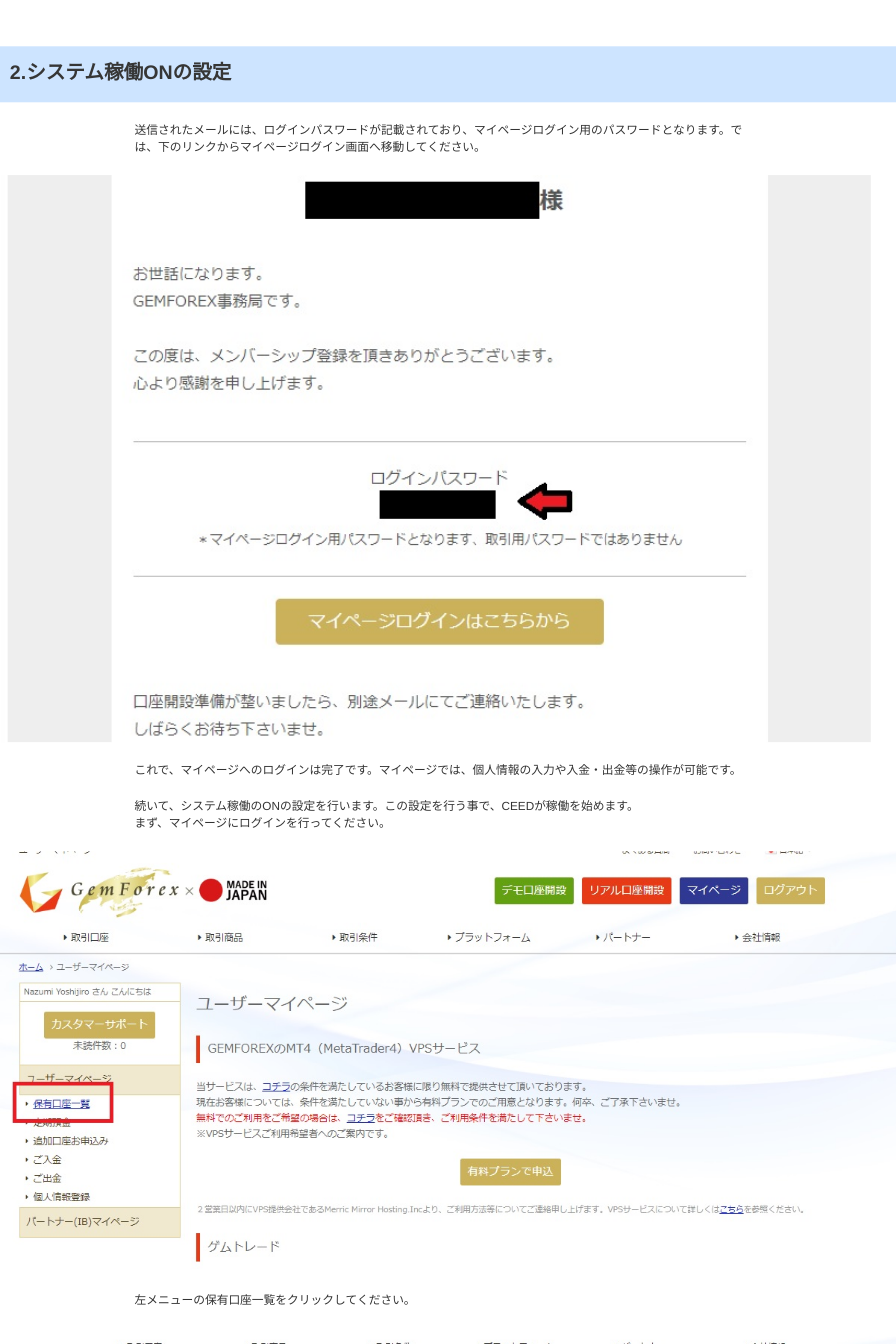
Repository: kkttuu1013/ProjectCeed
Page: http://localhost/start
The author's editor kept a record of every edit. The page is drawn from the files as they stood at one moment, then again after the next edit.
The browser window is 1280 px wide. The pictures show the part of the page from y = 2663 to 4583 px (the page is 11511 px tall before and 11681 px after), at 70% of full size.
Some web libraries are served in a nearby version. The page is served by the project's Node server (server.js).

Above is the page before.
Console error: ReferenceError: jQuery is not defined

### views/start.ejs
<!DOCTYPE html>
<html lang="en">
<head>
    <meta charset="UTF-8">
    <meta name="viewport" content="width=device-width, initial-scale=1">
    <title>Hello Bulma!</title>
    <link href="../main.css" rel="stylesheet" type="text/css"/>
    <link rel="stylesheet" href="../bulma/bulma.css">
    <script defer src="https://use.fontawesome.com/releases/v5.0.7/js/all.js"></script>
    <meta http-equiv="X-UA-Compatible" content="ie=edge">
    <link rel="stylesheet" href="https://maxcdn.bootstrapcdn.com/bootstrap/3.3.6/css/bootstrap.min.css" />
    <title>Document</title>
    <script src="../main.js"></script>
</head>
<body>
    <img src="/image/2.jpg" class="sidepd4">
    <hr class="hr1">
    <div class="wrapper">
        <p class="txt">このページでは、EA「CEED」の導入と運用方法を解説致します。上から順にマニュアルに沿って進めてください。<br>
        <br><strong>※ 入金や出金に関してお困りの際はこちらまでお問い合わせください。</strong></p>

         <a id="link" href="https://line.me/R/ti/p/%40jov0846c"><strong>CEED サポートLINE@はこちら</strong></a>


    </div>
    <div class="wrapper2" >
     <p class="txt1">
    <strong>1.FX証券会社の口座開設</strong><br>
    </p>
    </div>
<!-- /.wrapper -->
<div class="wrapper4">
    <p class="txt">このページでは、EA「CEED」の導入と運用方法を解説致します。上から順にマニュアルに沿って進めてください。
    <br>
    <br>
    下のリンクからGemforex証券の口座開設ページに進んでください。
<strong class="purple"><br>（※下のアクセスリンクはCEED運用専用となりますので、必ず下のリンクからアクセスをお願い致します)</strong>
    </p>
    <a href='https://gforex.asia/vip/77486/'>
    <button type="button" class="btn btn-lg btn-primary mgtop">CEED専用口座開設</button>
    </a>
    </div>
    <div class="wrapper4">
    <p class="txt">
        上の「口座開設ボタン」を押すと、証券会社のHPに移動しますので、画面の案内に従って、
        必要項目を記入してください。
    </p>
    </div>

    <div class="wrapper4">
    <p class="txt">
        <strong>口座タイプ</strong>：日本円口座（オールインワン）<br>
        <br>
        <strong>登録種別</strong>：個人口座<br>
        <br>
        <strong>お名前</strong>：ご自身の名前を記入<br>
        <br>
        <strong>メールアドレス</strong>：フリーメールアドレスで問題ありません。（※すでにGemforexの口座をお持ちの方は、違うメールアドレスにて登録してください）
    </p>
    </div>
    <div class="wrapper5">
    <img class="responsiveImg" src="/images/2.jpg">
    </div>
    <div class="wrapper4">
    <p class="txt">
    必要項目を記入後、下の「私はロボットではありません」にチェックを付けて、送信をしてください。
    </p>
    </div>
    <div class="wrapper5">
    <img class="responsiveImg" src="/images/3.jpg">
    </div>
    <div class="wrapper4">
    <p class="txt">
    先ほど登録したメールアドレス宛に、「登録完了通知」メールが送信されますので、ご確認ください。これで口座開設は終了です。
    </p>
    </div>
    <div class="wrapper2" >
     <p class="txt1">
    <strong>2.システム稼働ONの設定</strong><br>
    </p>
    </div>

      <div class="wrapper4">
    <p class="txt">
    送信されたメールには、ログインパスワードが記載されており、マイページログイン用のパスワードとなります。では、下のリンクからマイページログイン画面へ移動してください。
    </p>
    </div>
    <div class="wrapper5">
    <img class="responsiveImg" src="/images/4.jpg">
    </div>
    <div class="wrapper4">
    <p class="txt">
    これで、マイページへのログインは完了です。マイページでは、個人情報の入力や入金・出金等の操作が可能です。
    </p>
    </div>
    <div class="wrapper4">
    <p class="txt">
    続いて、システム稼働のONの設定を行います。この設定を行う事で、CEEDが稼働を始めます。<br>
    まず、マイページにログインを行ってください。
    </p>
    </div>
    <div class="wrapper5">
    <img class="responsiveImg" src="/images/保有口座一覧.jpg">
    </div>
    <div class="wrapper4">
    <p class="txt">
    左メニューの保有口座一覧をクリックしてください。
    </p>
    </div>
    <div class="wrapper5">
    <img class="responsiveImg" src="/images/MAM申請1.jpg">
    </div>
    <div class="wrapper4">
    <p class="txt">
    さっき、開設した口座情報が掲示されます。（５から始まる口座番号です）下の「MAM口座申請」を押してください。
    </p>
    </div>
    <div class="wrapper5">
    <img class="responsiveImg" src="/images/MAM申請2.jpg">
    <img class="responsiveImg" src="/images/MAM申請3.jpg">
    </div>
     <div class="wrapper4">
    <p class="txt">
    OKを押してください。口座開設に登録したメールアドレスに「確認メール」が届きますので、確認してください。
    </p>
    </div>
    <div class="wrapper5">
    <img class="responsiveImg" src="/images/MAM申請4.jpg">
    </div>
     <div class="wrapper4">
    <p class="txt">
    確認メールに記載されているURLをクリックして有効化をお願いします。
    </p>
    </div>
    <div class="wrapper5">
    <img class="responsiveImg" src="/images/MAM申請5.jpg">
    <img class="responsiveImg" src="/images/MAM申請6.jpg">
    <img class="responsiveImg" src="/images/MAM申請7.jpg">
    </div>
    <div class="wrapper4">
    <p class="txt">
    最後にMAM利用に関して同意の上、設定を完了します。
    </p>
    </div>
    <div class="wrapper5">
    <img class="responsiveImg" src="/images/MAM申請8.jpg">
    </div>
    <div class="wrapper4">
    <p class="txt">
    保有口座一覧の画面に移動しますので、OFF→ONに設定してください。
    </p>
    </div>
    <div class="wrapper5">
    <img class="responsiveImg" src="/images/MAM申請9.jpg">
    </div>
    <div class="wrapper4">
    <p class="txt">
    設定変更をしてもよろしいですかとでますので、OKを押してください。<br><br>
    <strong class="skyblue">これでシステムON設定が完了しました。あとは入金すると、自動で運用が開始します。</strong>
    </p>
    </div>




    <footer id="myFooter">
        <div id="mycontainer" class="container blackDiv">
            <div class="row blackDiv">
                <div id="image_wrapper" class="col-sm-12 col-md-2 blackDiv">
                    <h2 class="logo"><a href="#"><img id="ifcLogo" src="/image/IFC rogo.png"></a></h2>
                </div>
                <div class="col-sm-12 col-md-2 blackDiv footerList" >
                    <h5>製品情報</h5>
                    <ul>
                        <li><a href="https://www.ifc752.com/gallery">有料EA AUZIE</a></li>
                        <li><a href="https://www.ifc752.com/bee">有料EA BEE</a></li>
                        <li><a href="https://www.ifc752.com/blank-2">IFC SYSTEM1</a></li>
                        <li><a href="https://www.ifc752.com/ifcsystem1">IFC SYSTEM2</a></li>
                        <li><a href="https://www.ifc752.com/ifcsystem2">IFC SYSTEM3</a></li>
                        <li><a href="https://www.ifc752.com/ifcsystem4-3">IFC SYSTEM4</a></li>
                    </ul>
                </div>
                <div class="col-sm-12 col-md-2 blackDiv footerList">
                    <h5>サポート</h5>
                    <ul>
                        <li><a href="https://line.me/R/ti/p/%40vbu5369m">IFC EA LINE@</a></li>
                    </ul>
                </div>
                <div class="col-sm-12 col-md-2 blackDiv footerList">
                    <h5>場所</h5>
                    <ul>
                        <li>JAPAN</li>

                    </ul>
                </div>
                <div class="col-sm-12 col-md-2 blackDiv footerList">
                    <h5>企業情報</h5>
                    <ul>
                        <li><a href="https://www.sinseeddeviation.com/">会社概要</a></li>
                        <li><a href="/privacypolicy">プライバシーポリシー</a></li>
                    </ul>
                </div>
                <div id="button_wrapper" class="col-sm-12 col-md-2 blackDiv">
                    <button onclick="location.href='/'" type="button" class="btn btn-default">TOPに戻る</button>
                </div>
            </div>
        </div>
        <div class="footer-copyright">
            <p>© 2019 Copyright IFC GROUP </p>
        </div>
    </footer>


    <script src="https://code.jquery.com/jquery-3.4.1.js"
            integrity="sha256-WpOohJOqMqqyKL9FccASB9O0KwACQJpFTUBLTYOVvVU="
            crossorigin="anonymous"></script>
    <script src="https://ajax.googleapis.com/ajax/libs/jquery/1.12.4/jquery.min.js"></script>
    <script src="https://maxcdn.bootstrapcdn.com/bootstrap/3.3.7/js/bootstrap.min.js"></script>
<script src="main.js"></script>
</body>

</html>

### server.js
const express = require('express');
const app = express();
const cool = require('cool-ascii-faces')
const PORT = process.env.PORT || 3000;

app.set('views', './views');
app.set("view engine", "ejs");
app.use( express.static( __dirname ) );

app.get('/',function(req, res){
    res.render("index");
});

app.get('/whatisea/', function(req, res){
    res.render("whatisea")
})

app.get('/free/', function(req, res){
    res.render("free")
})

app.get('/cool', (req, res)=> res.send(cool()));

app.get('/privacypolicy', function(req, res){
    res.render("privacypolicy")
})

app.get('/stream', function(req, res){
    res.render("stream");
})

app.get('/start', function(req, res){
    res.render("start");
})

app.get('/start/2', function(req,res){
    res.render("money");
})

app.get('/start/3', function(req,res){
    res.render("mt4");
})

app.get('/start/4', function(req,res){
    res.render("back");
})

app.use(function(err, req, res, next){
	res.status(500);
	res.end('my 500 error! : ' + err);
});

app.listen(PORT);

### main.css
body{
    color: black;
    padding: 0;
    margin: 0;
}

.top-padding{
    padding: 5% 15% 5% 15%;
}

.responsiveImg{
    width: 100%;
}

.whitediv{
    background-color: white !important;
}



.right-half {
    position: absolute;
    right: 0px;
    width: 50%;
    height: 40%;
}

.margin-zero{
    margin: 0;
    padding: 0;
}
.img-whitebar{
    margin: 0px;
}
#leftHalf {
    width: 50%;
    position: absolute;
    left: 0px;
    height: 100%;
}

.mgpdzero{
    margin-bottom: 0px;
    padding: 0;
}

#topPos{
    width: 100%;
}

.sidepd{
    padding: 0px  10% 6% 10%;
}

.sidepd2{
    padding: 0% 10% 0% 10%;
}

.sidepd3{
    margin-left: auto;
    margin-right: auto;
    width: 100%;
}

.sidepd4{
    padding: 0% 10% 0% 10%;
}



.addtoppd{
    padding-top: 5%;
}


.navbar
{
    border: 0 !important;
}

.containBtn{
    position: relative;
    text-align: center;
    z-index: 0;
}

#container {
    position:relative;
    display: block;
}

.column{
    padding: 0;
    margin: 0;
}

.skyblue{
    color: #3D9BE9;
}

.wrapper {
    max-width: 70%;
    margin: 0 auto;
    text-align: center;
    background: white;
  }
.wrapper2{
    padding: 1.3em 1em;
    margin: auto;
    margin-top: 5%;
    color: #2c2c2f;
    background: #cde4ff;/*背景色*/
    width: 100%;
    height: 80px;
    text-align: left;
}

.wrapper4 {
    max-width: 70%;
    margin: 0 auto;
    margin-top: 2em;
    text-align: center;
    background: white;
  }

 .wrapper5 {
    margin: 0 auto;
    margin-top: 2em;
    text-align: center;
    background: white;
  }

.next {
  background-color: #4CAF50;
  color: white;
  text-align: center;
  text-decoration: none;
  display: inline-block;
  padding: 8px 16px;
}

.round {
  border-radius: 50%;
}

.mgtop{
    margin-top: 1em;
}


.txt{
    font-size: 1.2em;
    text-align: left;
}

.txt1 {
    display: inline-block;
    text-align: center;
    font-size: 2em;
}

#link{
    text-align: center;
    background: white;

}

.hr1{
    height: 3px;
}





#mycontainer .container{
    height: 50px;
    width: 100px;
}

#img2 {
    width: 50px;
    height: auto;
    position: absolute;
    left: 61.5%;
    top: 20%;
}

#img3 {
    width: 50px;
    height: auto;
    position: absolute;
    left: 1170px;
    top: 15px;
}

#img4 {
    width: 50px;
    height: auto;
    position: absolute;
    left: 100%;
    top: 15px;
}

.fixedTop{
    position: fixed;
    top: 0;
    z-index: 10;
}

#toTop{
    width: 12%;

}

#toTop:focus{
    outline: none;
}

#toEA{
    left: 11%;
    width: 18.5%;
}

#gotoea{
    position: absolute;
    bottom: 29%;
    left: 23.5%;
    text-align: center;
    font-size: 1.5vw;
}

#gotofree{
    position: absolute;
    bottom: 30%;
    left: 60%;
    text-align: center;
    font-size: 1.5vw;
}



#toEA:focus{
    outline: none;
}

#toFree{
    left: 28.5%;
    width: 20%;
}

#toFree:focus{
    outline: none;
}

#gotostream{
    position: absolute;
    bottom: 35%;
    left: 26%;
    font-size: 1.5vw;
}

#gotostream2{
    position: absolute;
    bottom: 15%;
    left: 60%;
    font-size: 1.4vw;
}

#toStream{
    left: 47.8%;
    width: 19.6%;
}

#toStream:focus{
    outline: none;
}

#toLine{
    left: 67.4%;
    width: 11%;
}

#toLine:focus{
    outline: none;
}


#toStart{
    left: 78.3%;
    width: 27.8%;
}

#toStart:focus{
    outline: none;
}

.videocontainer{
    position: relative;
    width: 100%;
    padding-top: 30%;
    padding-left: 10%;
    padding-right: 10%;
    padding-bottom: 10%;
}

.streamframe{
    position: absolute;
    top: 10%;
    right: 25%;
    width: 1000px;
    height: 500px;
}

.signal{
    top: 1.5%;
    left: 64%;
    width: 3%;
}

@media screen and (max-width: 600px) {
    .signal{top: 1%;}
}

div {
    background-color: #F7F7F8;
  }

#mycontainer{
    width: 100%;
}

#myFooter {
    background-color: #3c3d41;
    color: white;
    width: 100%;

}

#myFooter .footer-copyright {
    background-color: #333333;
    padding-top: 3px;
    padding-bottom: 3px;
    text-align: center;
    font-size: 50%;
}

#myFooter .row {
    margin-bottom: 0px;
    width: 100%;
}

#myFooter .navbar-brand {
    margin-top: 45px;
    height: 65px;
}

#myFooter .footer-copyright p {
    margin: 10px;
    color: #ccc;
}

#myFooter ul {
    list-style-type: none;
    padding-left: 0;
    line-height: 1.7;
    text-align: center;
}

#myFooter h5 {
    color: white;
    font-weight: bold;
    margin-top: 30px;
    text-align: center;

}

#myFooter h2 a{
    font-size: 50px;
    text-align: center;
    color: #fff;
}

#myFooter a {
    width: 100%;
    color: #d2d1d1;
    text-decoration: none;
    font-size: 15px;

}

#myFooter li{
    width: 100%;
    color: #d2d1d1;
    text-decoration: none;
    font-size: 15px;
}

#myFooter a:hover,
#myFooter a:focus {
    text-decoration: none;
    color: white;
}

#myFooter .social-networks {
    text-align: center;
    padding-top: 100px;
    padding-bottom: 16px;
}

#myFooter .social-networks a {
    font-size: 10px;
    color: #f9f9f9;
    padding: 10px;
    transition: 0.2s;
}

#myFooter .social-networks a:hover {
    text-decoration: none;
}

#myFooter .facebook:hover {
    color: #0077e2;
}

#myFooter .google:hover {
    color: #ef1a1a;
}

#myFooter .twitter:hover {
    color: #00aced;
}

#myFooter .btn {
    color: #3c3d41;
    background-color: #F7F7F8;
    border-radius: 20px;
    border: none;
    margin: auto;
    margin-top: 100px;
}

#button_wrapper{
    text-align: center;
}

#ifcLogo{
    height: auto;
    width: 200px;
    padding-right: 10px;
    padding-left:  10px;
    padding-top: 25px;
}

.mobile{
    display: none;
}

@media screen and (max-width: 1023px) {
    #myFooter .row {
    margin-bottom: 0px;
}
    #image_wrapper{
        text-align: center;
    }

    #myFooter .btn{
        margin-top: 50px;
        margin-bottom: 50px;
    }

    .desktop{
        display: none;
    }

    .mobile{
        display: block;
        width: 100%;
    }
    #toTop{
        width: 100%;
    }
    #imgMain{
        margin-top: 10%;
    }


}

@media screen and (max-width: 767px) {
    .sidepd{
        padding: 0 0 20% 0;
    }
    .top-padding{
        padding: 5% 0 5% 0;
    }

    #gotoea{
        bottom: 29%;
        left: 18%;
        font-size: 2vw;
    }

    #gotostream{
        position: absolute;
        bottom: 35%;
        left: 21%;
        font-size: 2vw;
    }

     #gotofree{
        position: absolute;
        bottom: 7%;
        left: 40%;
        font-size: 3vw;
    }

    #gotoea{
        position: absolute;
        bottom: 7%;
        left: 40%;
        font-size: 3vw;
    }

    #gotostream{
        position: absolute;
        bottom: 7%;
        left: 40%;
        font-size: 3vw;
    }





}

@media (max-width: 525px){
    .containimg {
        width: auto;
        }
    .insideimg{
        width: 100%;
        height: auto;
    }
}


.blackDiv{
    background-color: #3c3d41;
    font-size: 80%;
}


/* ============== */
/*     footer     */
/* ============== */

### main.js
/* global $ */

jQuery(function(){

    function fadeIn()
{
   $(this).fadeIn( fadeOut );
}

function fadeOut()
{
   $(this).fadeOut( fadeIn );
}

fadeIn.call($(".signal"));

 });



 //向かいたい先の位置を変数positionに入れる。
var topPos = $("#topPos").offset().top;
var eaPos = $("#eaPos").offset().top;
var freePos = $("#freePos").offset().top;
var livePos = $("#livePos").offset().top;
var linePos = $("#linePos").offset().top;
var startPos = $("#startPos").offset().top;　//最初の要素の、ドキュメント上での表示位置[y軸]を返す

var bootstrap_enabled = (typeof $().modal == 'function');


//TO TOP BUTTON
$(document).on("click","#toTop",function(){
   console.log("pressed!");
   $("html,body").animate({
        scrollTop : topPos // さっき変数に入れた位置まで
    }, {
        queue : false,　// どれくらい経過してから、アニメーションを始めるか。キュー[待ち行列]。falseを指定すると、キューに追加されずに即座にアニメーションを実行。
    });
});

$(document).on("click",".btn-default",function(){
    console.log("pressed!");
    $("html,body").animate({
         scrollTop : topPos // さっき変数に入れた位置まで
     }, {
         queue : false,　// どれくらい経過してから、アニメーションを始めるか。キュー[待ち行列]。falseを指定すると、キューに追加されずに即座にアニメーションを実行。
     });
 });

$(document).on("click","#toEA",function(){
    console.log("pressed!");
    $("html,body").animate({
         scrollTop : eaPos // さっき変数に入れた位置まで
     }, {
         queue : false,　// どれくらい経過してから、アニメーションを始めるか。キュー[待ち行列]。falseを指定すると、キューに追加されずに即座にアニメーションを実行。
     });
 });

 $(document).on("click","#toFree",function(){
    console.log("pressed!");
    $("html,body").animate({
         scrollTop : freePos // さっき変数に入れた位置まで
     }, {
         queue : false,　// どれくらい経過してから、アニメーションを始めるか。キュー[待ち行列]。falseを指定すると、キューに追加されずに即座にアニメーションを実行。
     });
 });

 $(document).on("click","#toStream",function(){
    console.log("pressed!");
    $("html,body").animate({
         scrollTop : livePos // さっき変数に入れた位置まで
     }, {
         queue : false,　// どれくらい経過してから、アニメーションを始めるか。キュー[待ち行列]。falseを指定すると、キューに追加されずに即座にアニメーションを実行。
     });
 });

 $(document).on("click","#toLine",function(){
    console.log("pressed!");
    $("html,body").animate({
         scrollTop : linePos // さっき変数に入れた位置まで
     }, {
         queue : false,　// どれくらい経過してから、アニメーションを始めるか。キュー[待ち行列]。falseを指定すると、キューに追加されずに即座にアニメーションを実行。
     });
 });

 $(document).on("click","#toStart",function(){
    console.log("pressed!");
    $("html,body").animate({
         scrollTop : startPos // さっき変数に入れた位置まで
     }, {
         queue : false,　// どれくらい経過してから、アニメーションを始めるか。キュー[待ち行列]。falseを指定すると、キューに追加されずに即座にアニメーションを実行。
     });
 });

Loaded but not shown: bulma/bulma.css (library)

After the next edit:
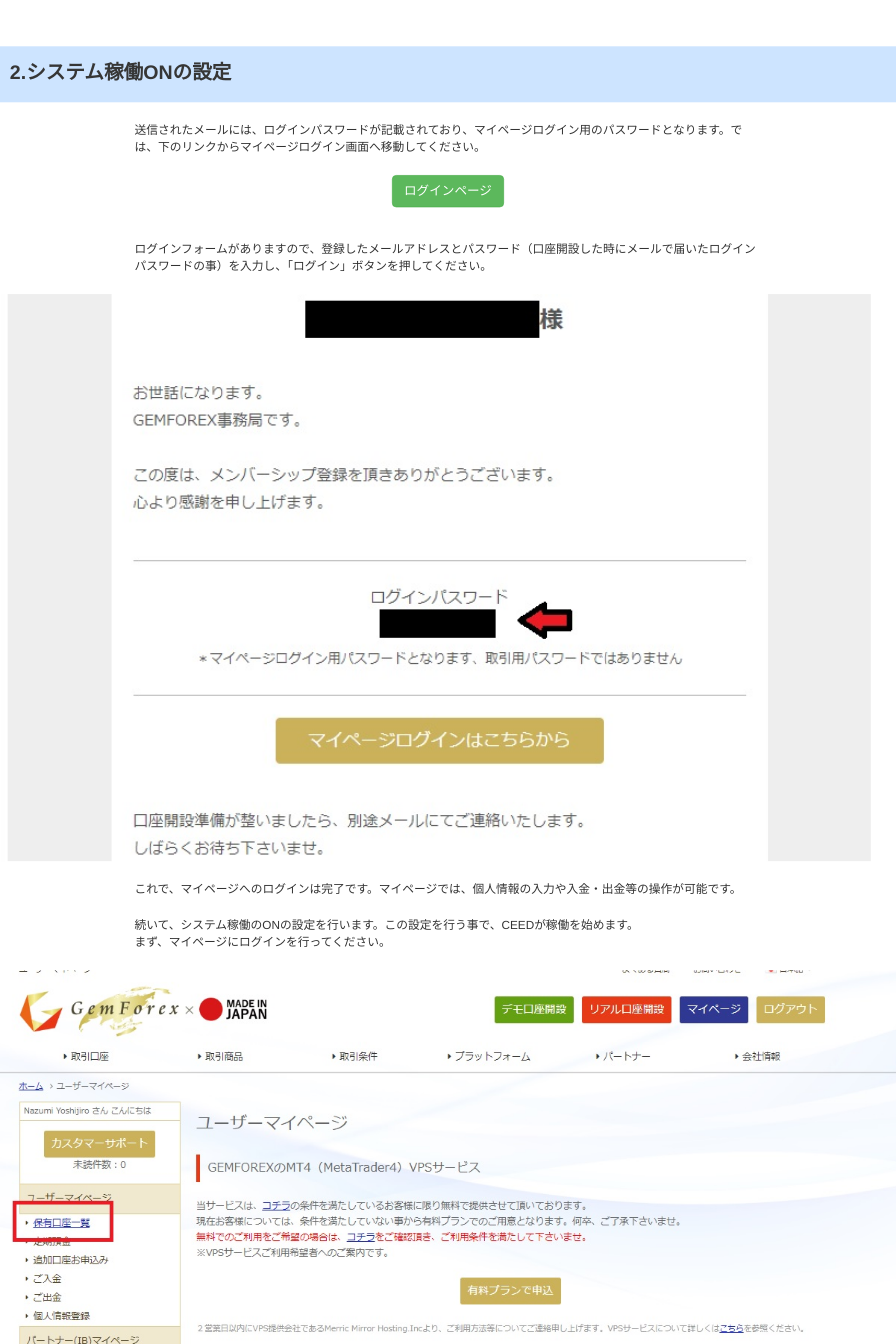
The edit:
--- a/views/start.ejs
+++ b/views/start.ejs
@@ -84,7 +84,15 @@
     <p class="txt">
     送信されたメールには、ログインパスワードが記載されており、マイページログイン用のパスワードとなります。では、下のリンクからマイページログイン画面へ移動してください。
     </p>
-    </div>
+    <a href='https://gforex.asia/login.php'>
+    <button type="button" class="btn btn-lg btn-success mgtop">ログインページ</button>
+    </a>
+    <p class="txt">
+    <br><br>
+    ログインフォームがありますので、登録したメールアドレスとパスワード（口座開設した時にメールで届いたログインパスワードの事）を入力し、「ログイン」ボタンを押してください。
+    </p>
+    </div>
+
     <div class="wrapper5">
     <img class="responsiveImg" src="/images/4.jpg">
     </div>
